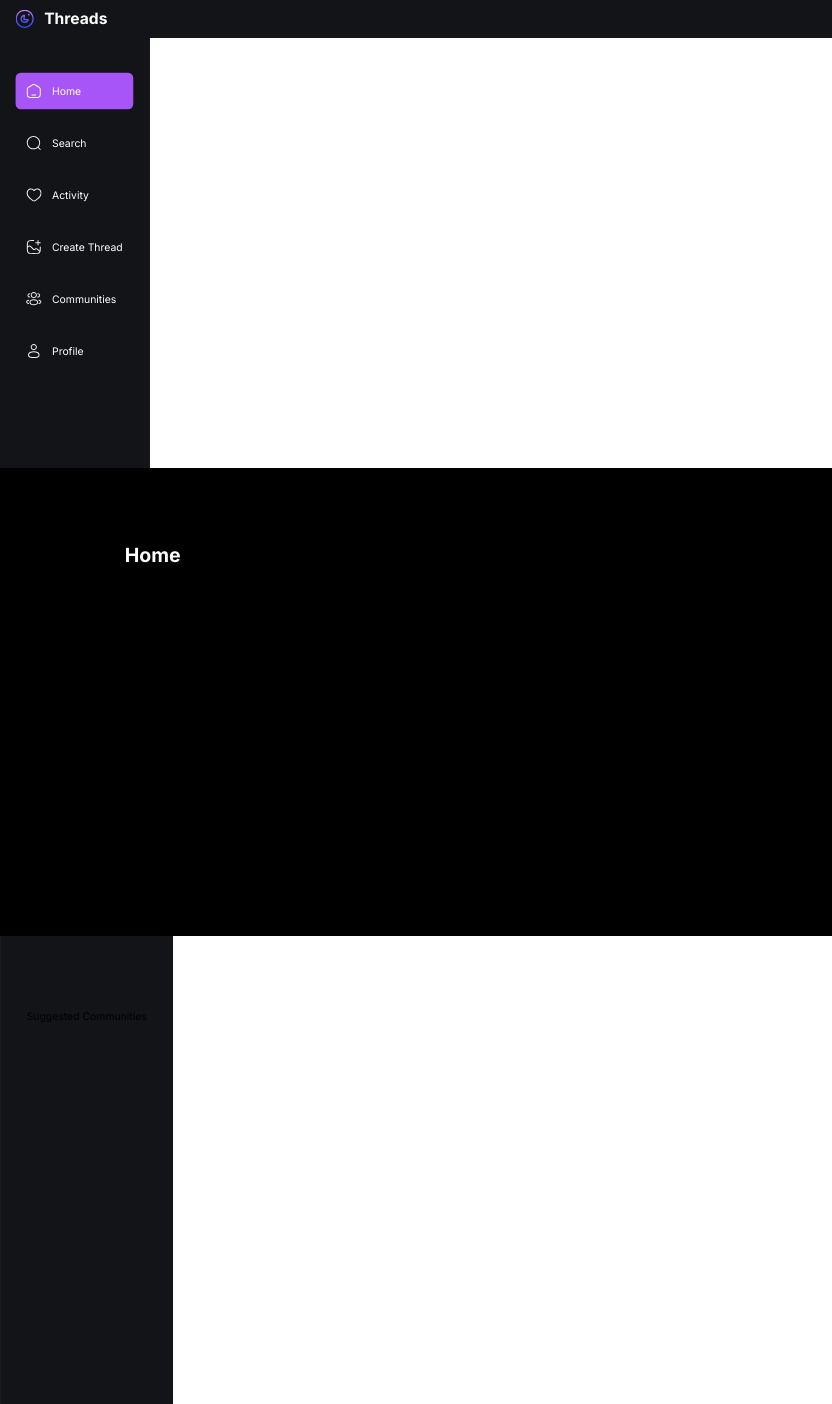
Repository: msal95/threads
Page: / (app in NEXT JS/threads/)
These files come from the project's save history. The page is drawn as it stood at one moment and after the next save; the edit follows.
The browser window is 1280 px wide. The pictures show the whole page, at 65% of full size.
The page's requests for data from a server got no answer. The project was rebuilt for these pictures with package versions that can differ from the ones it lists, and the page was loaded fresh each time. Some packages were replaced by stand-ins written for this rebuild. The framework's server and built-in components were replaced by stand-ins that run in the browser. No one was signed in, and anything a server would have sent is missing.

Above is the page before, as saved 2023-09-10 02:17:16.

After the next save:
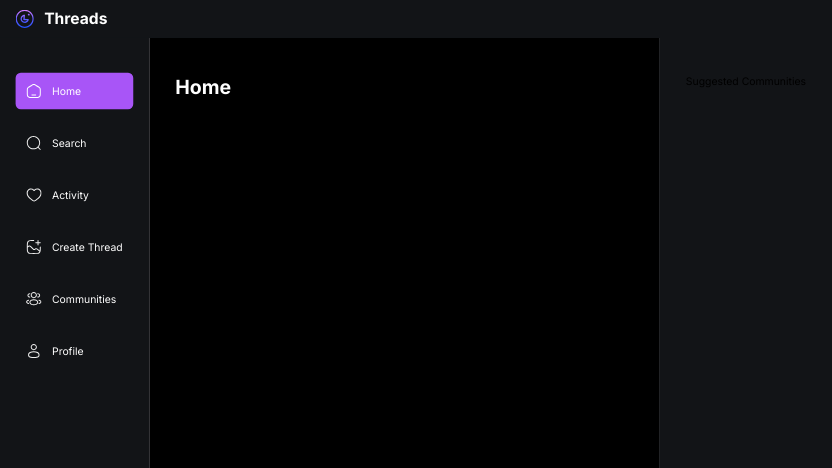
Saved 61 s later.
--- a/NEXT JS/threads/app/(route)/layout.tsx
+++ b/NEXT JS/threads/app/(route)/layout.tsx
@@ -26,7 +26,7 @@
       <html lang="en">
         <body className={inter.className}>
           <TopBar />
-          <main>
+          <main className="flex flex-row">
             <LeftSideBar />
             <section className="main-container">
               <div className="w-full max-w-4xl">{children}</div>
